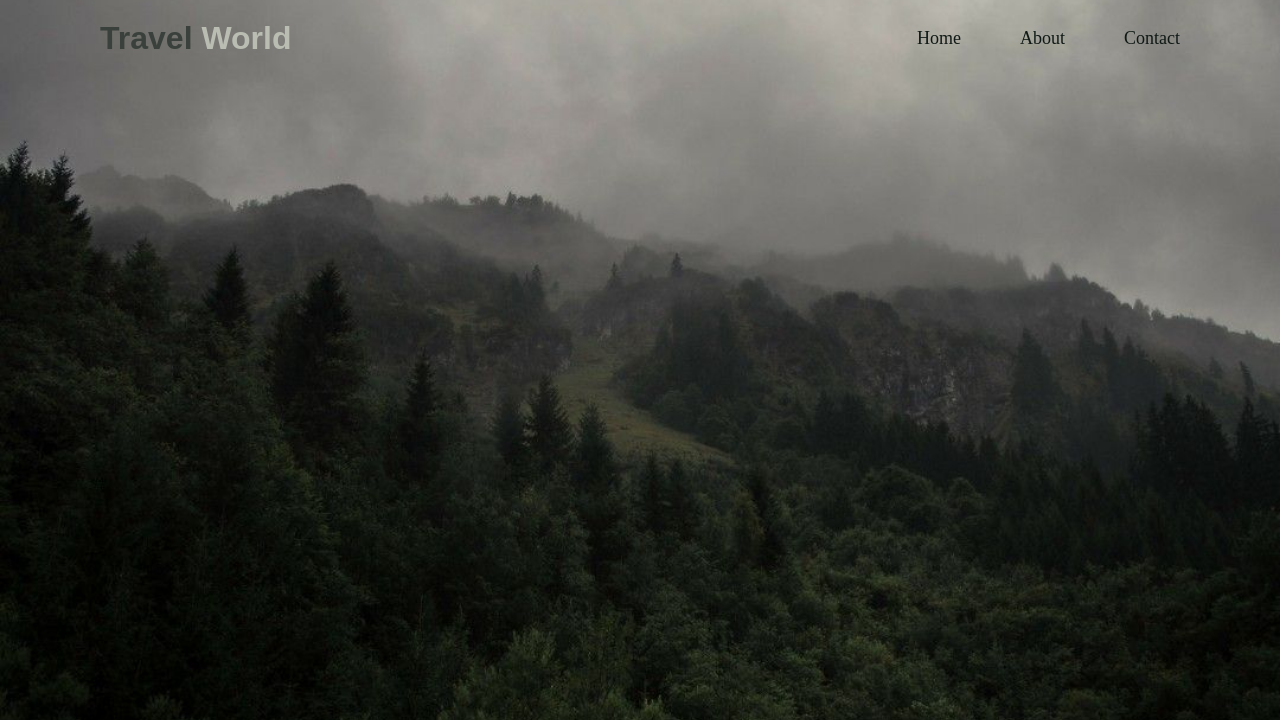
Repository: Haakim19/TravelWorld
Page: html/index.html
These files come from the project's save history. The page is drawn as it stood at one moment and after the next save; the edit follows.
The browser window is 1280 px wide. The pictures show the whole page.

Above is the page before, as saved 2024-10-31 00:00:10.

After the next save:
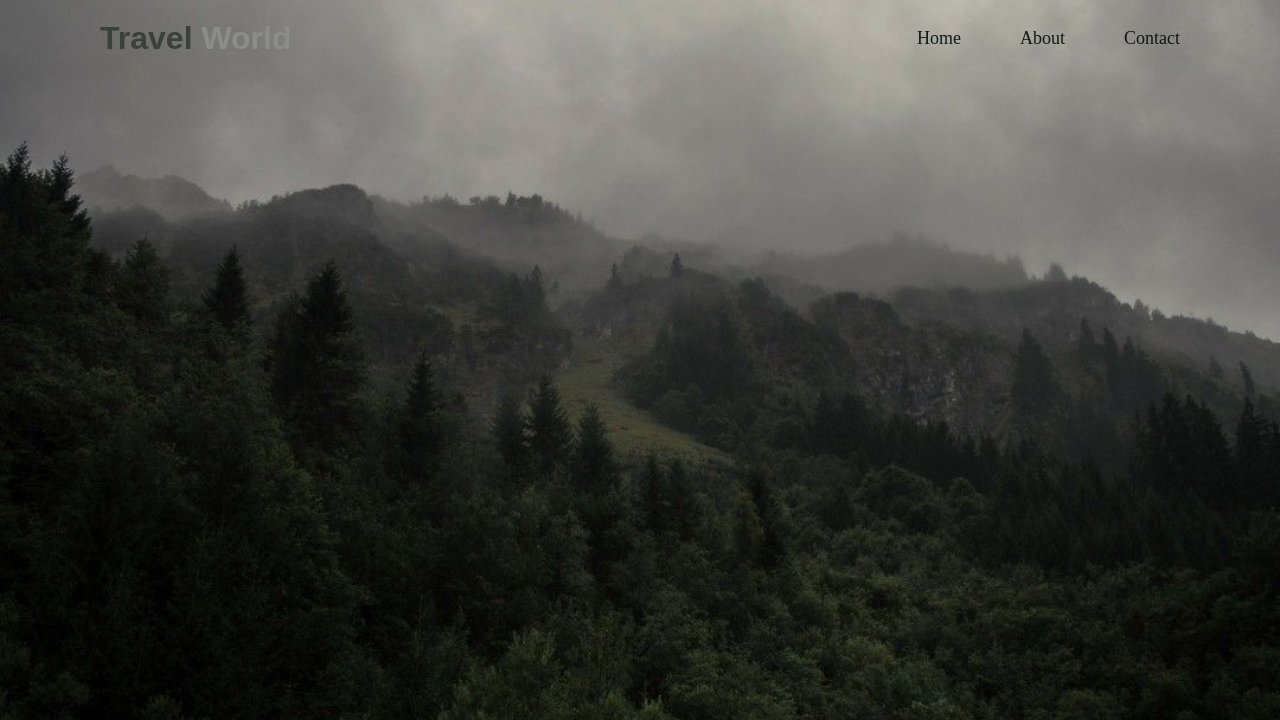
Saved 113 s later.
--- a/css/main.css
+++ b/css/main.css
@@ -42,7 +42,7 @@ body{
 }
 .name span{
     color: var(--color1);
-    animation: animation2 2S infinite;
+    animation: animation2 1500ms infinite;
     animation-delay:0s;
 }
 @keyframes animation1{
